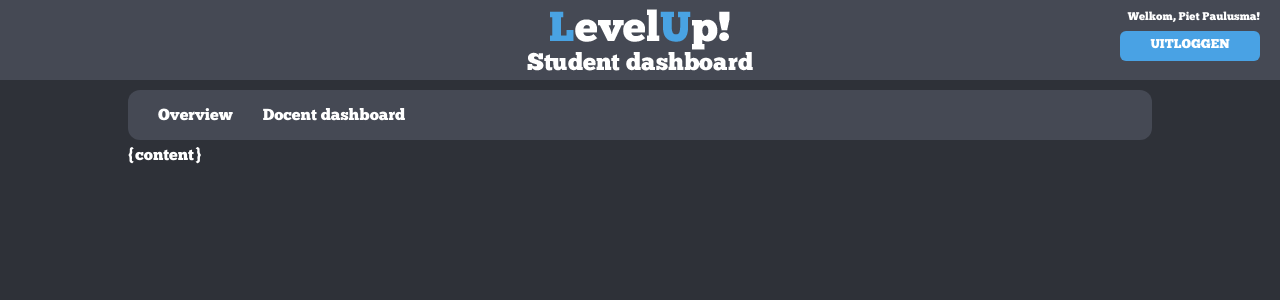
Repository: boblanckenburg/levelup
Page: website/src/index.html
These files come from the project's save history. The page is drawn as it stood at one moment and after the next save; the edit follows.
The browser window is 1280 px wide. The pictures show the whole page.

Above is the page before, as saved 2014-10-16 14:38:06.

### website/src/index.html
<!doctype html>
<html class="no-js" id="html" lang="">
    <head>
        <meta charset="utf-8">
        <meta http-equiv="X-UA-Compatible" content="IE=edge">
        <title>LevelUp</title>
        <meta name="description" content="">
        <meta name="viewport" content="width=device-width, initial-scale=1">

        <!-- Place favicon.ico and apple-touch-icon(s) in the root directory -->

        <link rel="stylesheet" href="css/main.css">
        <script src="js/main.js"></script>
        <script src="js/vendor/modernizr-2.8.3.min.js"></script>
    </head>
    <body>
        <!--[if lt IE 8]>
            <p class="browsehappy">You are using an <strong>outdated</strong> browser. Please <a href="http://browsehappy.com/">upgrade your browser</a> to improve your experience.</p>
        <![endif]-->

		<div class="dashboard">
			<section class="header">
				<div id="welcome">
					<p>Welkom, Piet Paulusma!</p>
					<a href="">UITLOGGEN</a>
				</div>
			</section>
			<section class="menu">
				<a href="./index.html">Overview</a>
				<a href="./docentview.html">Docent dashboard</a>
			</section>
			<div class="content">
				{content}
			</div>
		</div>
    </body>
</html>

### website/src/css/main.css
/*
 * What follows is the result of much research on cross-browser styling.
 * Credit left inline and big thanks to Nicolas Gallagher, Jonathan Neal,
 * Kroc Camen, and the H5BP dev community and team.
 */

/* ==========================================================================
   Base styles: opinionated defaults
   ========================================================================== */

/*
bg-gray: #2e3138;
bg-light-gray: #454954;
bg-blue: #49a2e4;
neon-blue: #01d1ff;
*/

html {
    color: #222;
    font-size: 1em;
    line-height: 1.4;
	margin: 0px;
	background: #2e3138;
	color: white;
	text-decoration: none;
	font-weight: normal;
}

/* ==========================================================================
   Author's custom styles
   ========================================================================== */


@font-face {
    font-family: chunkfivefont;
    src: url(Chunkfive.otf);
}


body {
    font-family: chunkfivefont;
    color: white;
    height:100%;
	margin: 0px;
	overflow-x: scroll;
	overflow-style: marquee-line;
}

a
{
	color: #49a2e4;

}

h1, h2, h3
{
	font-weight: normal;
}

.dashboard,
{
	height:100%;
	width:100%;
}

.content
{
	height: 100%;
	width: 100%;
}

.header
{
    background: #454953;
	width: 100%;
	height:80px;
	margin: 0px auto 0px auto;

	background-image: url('../img/dashboardlogo.png');
	background-position: center;
	background-repeat: no-repeat;
	background-color: #454954;
}

.header #welcome
{
	width: 200px;
	float:right;
	color: white;
	margin 0px auto 0px auto;
	padding: 0px 10px 0px 0px;
}

.header #welcome p
{
	float: right;
	display: block;
	font-size: 0.7em;
	margin: 10px 10px 5px 0px;
}

.header #welcome a
{
	float: right;
	display: block;
	height:20px;
	width: 100px;
	text-align: center;
	font-size: 0.8em;
	color: white;
	text-decoration: none;
	padding:5px 20px 5px 20px;
	margin: 0px 10px 0px 0px;

	background-color: #49a2e4;
	border-radius: 6px;
}

.menu
{
    background: #2e3138;
	width:80%;
	height:100%;
	min-height:50px;
	margin: 10px auto 5px auto;
	background: #454954;
	border-radius: 12px;
	display: block;
}

.menu a, a:visited
{
	display: block;
	float:left;
	height: 35px;
	text-align: center;
	padding: 15px 0px 0px 30px;
	text-decoration: none;
	color: white;
}

.menu a:hover
{
	color: #49a2e4;
}

.content {
	width: 80%;
	height: 350px;
	margin: auto;
}

.container {
	margin: 0px auto 0px auto;
	width:100%;
	display: inline;
}


/* ==========================================================================
   Helper classes
   ========================================================================== */

/*
 * Hide visually and from screen readers: h5bp.com/u
 */

.hidden {
    display: none !important;
    visibility: hidden;
}

/*
 * Hide only visually, but have it available for screen readers: h5bp.com/v
 */

.visuallyhidden {
    border: 0;
    clip: rect(0 0 0 0);
    height: 1px;
    margin: -1px;
    overflow: hidden;
    padding: 0;
    position: absolute;
    width: 1px;
}

/*
 * Extends the .visuallyhidden class to allow the element to be focusable
 * when navigated to via the keyboard: h5bp.com/p
 */

.visuallyhidden.focusable:active,
.visuallyhidden.focusable:focus {
    clip: auto;
    height: auto;
    margin: 0;
    overflow: visible;
    position: static;
    width: auto;
}

/*
 * Hide visually and from screen readers, but maintain layout
 */

.invisible {
    visibility: hidden;
}

/*
 * Clearfix: contain floats
 *
 * For modern browsers
 * 1. The space content is one way to avoid an Opera bug when the
 *    `contenteditable` attribute is included anywhere else in the document.
 *    Otherwise it causes space to appear at the top and bottom of elements
 *    that receive the `clearfix` class.
 * 2. The use of `table` rather than `block` is only necessary if using
 *    `:before` to contain the top-margins of child elements.
 */

.clearfix:before,
.clearfix:after {
    content: " "; /* 1 */
    display: table; /* 2 */
}

.clearfix:after {
    clear: both;
}

/* ==========================================================================
   EXAMPLE Media Queries for Responsive Design.
   These examples override the primary ('mobile first') styles.
   Modify as content requires.
   ========================================================================== */

@media only screen and (min-width: 35em) {
    /* Style adjustments for viewports that meet the condition */
}

@media print,
       (-o-min-device-pixel-ratio: 5/4),
       (-webkit-min-device-pixel-ratio: 1.25),
       (min-resolution: 120dpi) {
    /* Style adjustments for high resolution devices */
}

/* ==========================================================================
   Print styles.
   Inlined to avoid the additional HTTP request: h5bp.com/r
   ========================================================================== */

@media print {
    *,
    *:before,
    *:after {
        background: transparent !important;
        color: #000 !important; /* Black prints faster: h5bp.com/s */
        box-shadow: none !important;
        text-shadow: none !important;
    }

    a,
    a:visited {
        text-decoration: underline;
    }

    a[href]:after {
        content: " (" attr(href) ")";
    }

    abbr[title]:after {
        content: " (" attr(title) ")";
    }

    /*
     * Don't show links that are fragment identifiers,
     * or use the `javascript:` pseudo protocol
     */

    a[href^="#"]:after,
    a[href^="javascript:"]:after {
        content: "";
    }

    pre,
    blockquote {
        border: 1px solid #999;
        page-break-inside: avoid;
    }

    thead {
        display: table-header-group; /* h5bp.com/t */
    }

    tr,
    img {
        page-break-inside: avoid;
    }

    img {
        max-width: 100% !important;
    }

    p,
    h2,
    h3 {
        orphans: 3;
        widows: 3;
    }

    h2,
    h3 {
        page-break-after: avoid;
    }
}

### website/src/js/main.js

//set up height of the html element so 100% height spans the entire screen
document.getElementById("html").style.height=window.innerHeight+"px";

Loaded but not shown: website/src/js/vendor/modernizr-2.8.3.min.js (library)

After the next save:
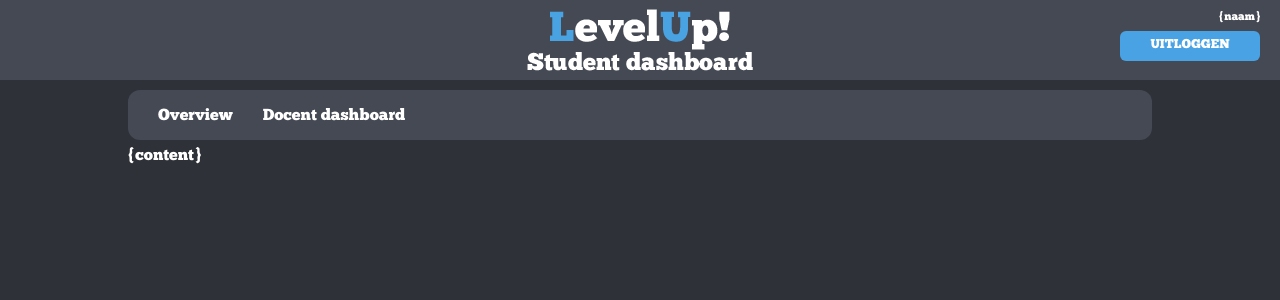
Saved 25 s later.
--- a/website/src/index.html
+++ b/website/src/index.html
@@ -21,7 +21,7 @@
 		<div class="dashboard">
 			<section class="header">
 				<div id="welcome">
-					<p>Welkom, Piet Paulusma!</p>
+					<p>{naam}</p>
 					<a href="">UITLOGGEN</a>
 				</div>
 			</section>
